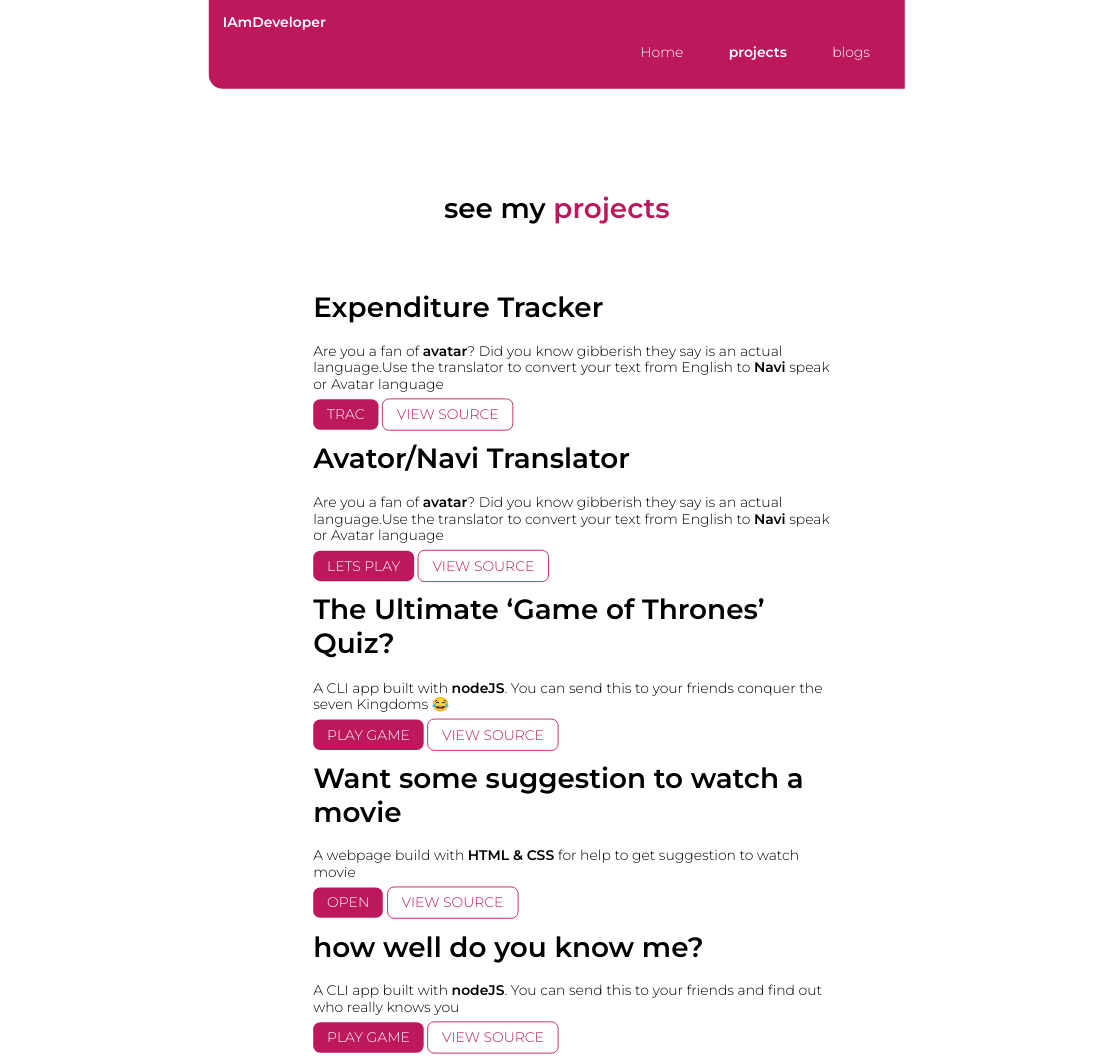
Repository: sohan2503001/Portfolio
Page: projects.html
The author's editor kept a copy of each file at every save. The page is drawn from the files as they stood at one save, then again after the next save.
The browser window is 1280 px wide. The pictures show the whole page, at 87% of full size.

Above is the page before, as saved 2021-04-21 20:30:57.

### projects.html
<!DOCTYPE html>
<html lang="en">

<head>
  <meta charset="UTF-8" />
  <meta name="viewport" content="width=device-width, initial-scale=1.0" />
  <title>Projects | Sohan</title>
  <link rel="stylesheet" href="style.css" />
</head>

<body>
  <nav class="navigation container">
    <div class="nav-brand">IAmDeveloper</div>
    <ul class="list-non-bullet nav-pills">
      <li class="list-item-inline">
        <a class="link" href="/">Home</a>
      </li>
      <li class="list-item-inline">
        <a class="link link-active" href="projects.html">projects</a>
      </li>
      <li class="list-item-inline">
        <a class="link" href="blogs.html">blogs</a>
      </li>
    </ul>
  </nav>

  <header class="hero">
    <h1 class="hero-heading">
      see my<span class="heading-inverted"> projects</span>
    </h1>
  </header>


  <ol class="list list-non-bullet">


    <div class="container container-center">
      <li>
        <h1>Expenditure Tracker</h1>
        <p>
          Are you a fan of <strong>avatar</strong>? Did you know gibberish they say is an actual
          language.Use the translator to convert your text from English to <strong>Navi</strong>
          speak or Avatar language
        </p>

        <a class="link link-primary" href="https://avator-speak.netlify.app/"
          target="_blank">TRAC</a>
        <a class="link link-secondary" href="https://github.com/sohan2503001/Avator-speak" target="_blank">VIEW
          SOURCE</a>
      </li>
    </div>


    <div class="container container-center">
      <li>
        <h1>Avator/Navi Translator </h1>
        <p>
          Are you a fan of <strong>avatar</strong>? Did you know gibberish they say is an actual
          language.Use the translator to convert your text from English to <strong>Navi</strong>
          speak or Avatar language
        </p>

        <a class="link link-primary" href="https://avator-speak.netlify.app/"
          target="_blank">LETS PLAY</a>
        <a class="link link-secondary" href="https://github.com/sohan2503001/Avator-speak" target="_blank">VIEW
          SOURCE</a>
      </li>
    </div>


    <div class="container container-center">
      <li>
        <h1>The Ultimate ‘Game of Thrones’ Quiz?</h1>
        <p>
          A CLI app built with <strong>nodeJS</strong>. You can send this to
          your friends conquer the seven Kingdoms 😂
        </p>

        <a class="link link-primary" href="https://replit.com/@Sohan250301/GameofThronesQuiz?embed=1&output=1#index.js"
          target="_blank">PLAY GAME</a>
        <a class="link link-secondary" href="https://github.com/sohan2503001/GOTQuiz" target="_blank">VIEW SOURCE</a>
      </li>
    </div>


    <div class="container container-center">
      <li>
        <h1>Want some suggestion to watch a movie</h1>
        <p>
          A webpage build with <strong>HTML & CSS </strong> for help to get suggestion to watch movie
        </p>

        <a class="link link-primary" href="https://moviesreview.netlify.app/" target="_blank">OPEN</a>
        <a class="link link-secondary" href="https://github.com/sohan2503001/MovieSuggestion" target="_blank">VIEW
          SOURCE</a>
      </li>
    </div>


    <div class="container container-center">
      <li>
        <h1>how well do you know me?</h1>
        <p>
          A CLI app built with <strong>nodeJS</strong>. You can send this to
          your friends and find out who really knows you
        </p>

        <a class="link link-primary" href="https://replit.com/@Sohan250301/How-much-you-know-me?embed=1&output=1"
          target="_blank">PLAY GAME</a>
        <a class="link link-secondary" href="https://github.com/sohan2503001/Quiz1" target="_blank">VIEW SOURCE</a>
      </li>
    </div>


  </ol>
  <script src="code.js"></script>
</body>

</html>

### style.css
@import url('https://fonts.googleapis.com/css2?family=Montserrat:wght@300;600&display=swap');

:root{
    --primary-color: #BE185D;
    --dark-gray: #4B5563;
    --off-white: #F9A8D4;
}

body {
    font-family: 'Montserrat', sans-serif;
    margin: auto;
    max-width: 800px;
    width: 100%;
}

hr{
    margin: 2rem 0rem;
}

/** container **/
.container{
    padding: 0rem 1rem;
}

.container-center{
    max-width: 600px;
    margin: auto;
}

/** links **/
.link{
    text-decoration: none;
    padding: 0.5rem 1rem;
    /*margin: 1rem 0rem 1rem 0rem;*/
}

.link-primary{
    background-color: var(--primary-color);
    border-radius: 0.5rem;
    color:white;
}

.link-secondary{
    color: var(--primary-color);
    border-radius: 0.5rem;
    border: 1px solid var(--primary-color);
}

/** lists **/

.list-non-bullet{
    list-style: none;
}

.list-item-inline{
    display: inline;
    padding: 0rem 0.5rem;
}

/** navigation **/

.navigation{
    background-color: var(--primary-color);
    color: white;
    padding: 1rem;
    border-bottom-left-radius: 1rem;
}

.navigation .nav-brand{
    font-weight: bold;
}

.navigation .nav-pills{
    text-align: right;
}

.navigation .link{
    color: white;
}

.navigation .link-active{
    font-weight: bold;
}

/**header **/

.hero{
    padding: 2rem;
    padding-top: 5rem;
}

.hero .hero-img{
    max-width: 350px;
    display: block;
    margin: auto;
}

.hero .hero-heading{
    padding-top: 1rem;
    color: var(--dark-red);
    text-align: center;
}

.hero .hero-heading .heading-inverted{
    color: var(--primary-color)
}

/** section **/
.section{
    padding: 2rem;
}

.section h1{
    text-align: center;
}

.ow {
    background-color: var(--off-white);
}

/**footer **/

.footer{
    background-color: var(--primary-color);
    padding: 2rem 1rem;
    text-align: center;
    color: white;
    border-top-right-radius: 1rem;
    position: relative;
}

.footer .link{
    color: white;
}

.footer .footer-header{
    font-weight: bold;
    font-size: large;
}

.footer ul{
    padding-inline-start: 0px;
}

/**DarkMode**/
.dark-mode {
    background-color: black;
    color: white;
}

.button-dark{
    padding: 5px;
    background-color: black;
    color: white;
    position: relative;
}

### code.js
function myFunction() {
    var element = document.body;
    element.classList.toggle("dark-mode");
}

After the next save:
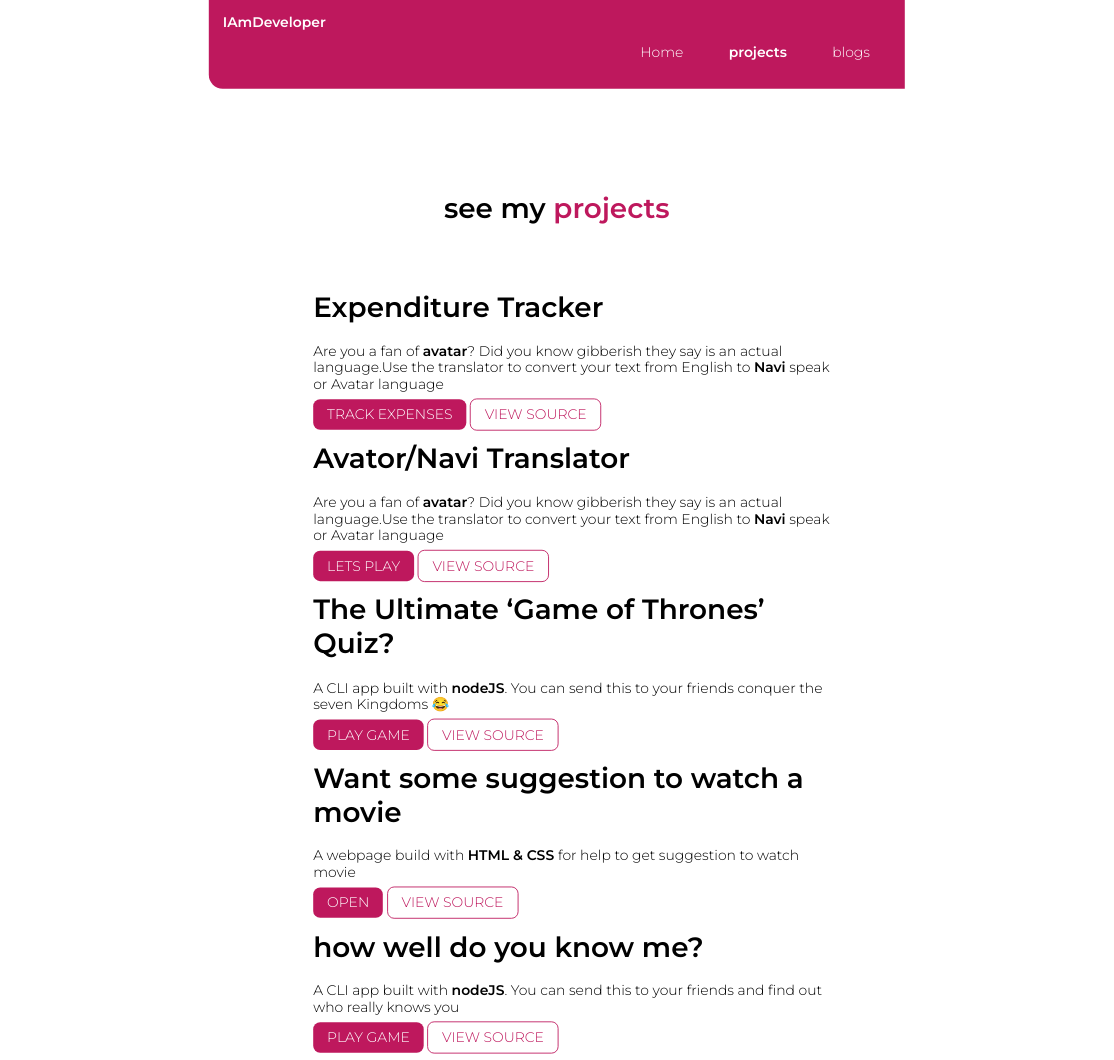
Saved 4 s later.
--- a/projects.html
+++ b/projects.html
@@ -44,7 +44,7 @@
         </p>
 
         <a class="link link-primary" href="https://avator-speak.netlify.app/"
-          target="_blank">TRAC</a>
+          target="_blank">TRACK EXPENSES</a>
         <a class="link link-secondary" href="https://github.com/sohan2503001/Avator-speak" target="_blank">VIEW
           SOURCE</a>
       </li>
